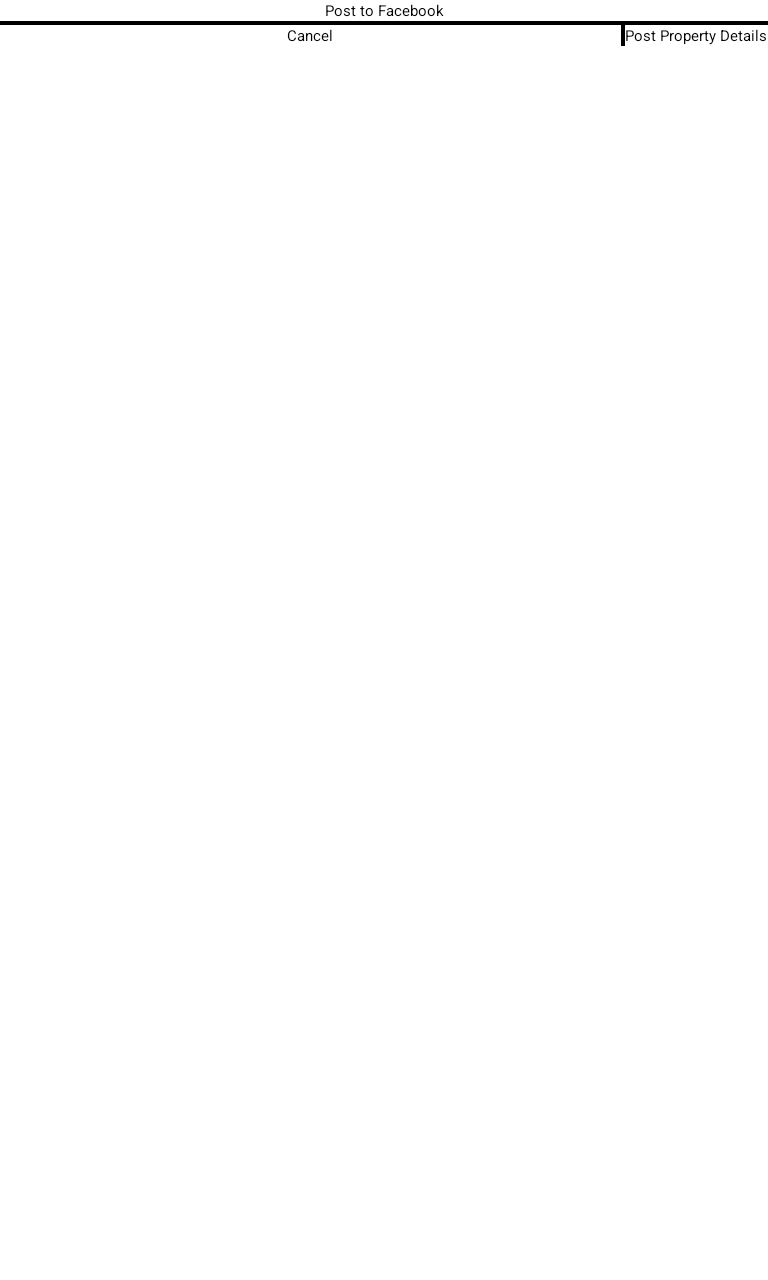
Repository: ChenxiZhang1006/WebTechnologyHomework
Layout: homework9/hw9/res/layout/activity_mainfragment.xml
These files come from the project's save history. The layout is drawn as it stood at one moment and after the next save; the edit follows.
It is drawn on a 768 x 1280 px phone screen (xhdpi) without system bars, with theme myDialog; the app's code is not run.

Above is the layout before, as saved 2014-12-04 04:21:14.

### homework9/hw9/res/layout/activity_mainfragment.xml
<?xml version="1.0" encoding="utf-8"?>
<LinearLayout xmlns:android="http://schemas.android.com/apk/res/android"
    android:layout_width="wrap_content"
    android:layout_height="wrap_content"
    android:orientation="vertical" >

    <TextView
        android:id="@+id/textView1"
        android:layout_width="match_parent"
        android:layout_height="wrap_content"
        android:gravity="center"
        android:text="Post to Facebook"
        android:textAppearance="?android:attr/textAppearanceLarge" />

    <TextView
        android:id="@+id/textView2"
        android:layout_width="match_parent"
        android:layout_height="2dp"
        android:background="#000000"
        android:text=""
        android:textAppearance="?android:attr/textAppearanceSmall" />

    <LinearLayout
        android:layout_width="match_parent"
        android:layout_height="wrap_content"
        android:gravity="center" >

        <Button
            android:id="@+id/btnCal"
            android:layout_width="wrap_content"
            android:layout_height="wrap_content"
            android:layout_weight="0.38"
            android:background="#ffffff"
            android:gravity="center"
            android:text="Cancel" />

        <TextView
        android:id="@+id/textView3"
        android:layout_width="2dp"
        android:layout_height="match_parent"
        android:background="#000000"
        android:text=""
        android:textAppearance="?android:attr/textAppearanceSmall" />

        <Button
            android:id="@+id/btnPost"
            android:layout_width="wrap_content"
            android:layout_height="wrap_content"
            android:background="#ffffff"
            android:gravity="center"
            android:onClick="shareDialog"
            android:text="Post Property Details" />
    </LinearLayout>



</LinearLayout>

After the next save:
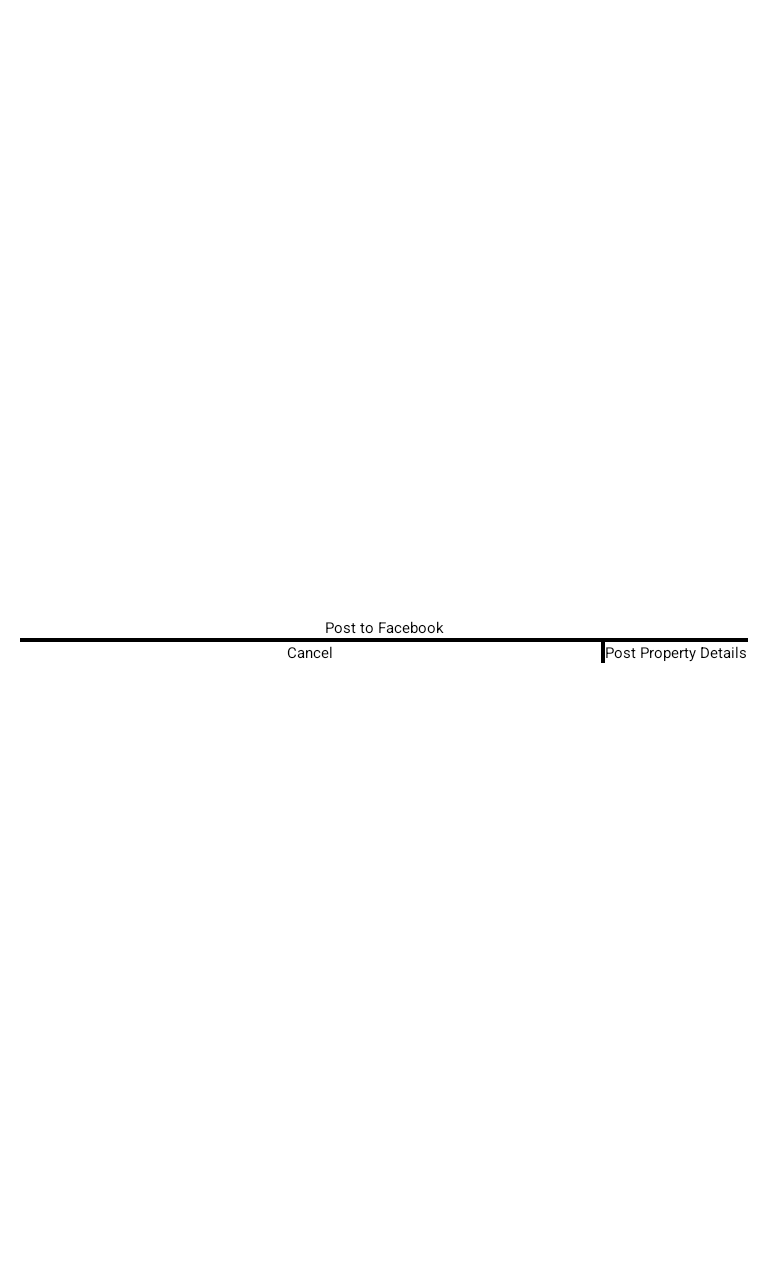
Saved 106 s later.
--- a/homework9/hw9/res/layout/activity_mainfragment.xml
+++ b/homework9/hw9/res/layout/activity_mainfragment.xml
@@ -1,7 +1,12 @@
 <?xml version="1.0" encoding="utf-8"?>
 <LinearLayout xmlns:android="http://schemas.android.com/apk/res/android"
-    android:layout_width="wrap_content"
-    android:layout_height="wrap_content"
+    android:layout_width="match_parent"
+    android:layout_height="match_parent"
+    android:gravity="center"
+    android:paddingLeft="10dp"
+    android:paddingRight="10dp"
+    android:paddingTop="10dp"
+    android:paddingBottom="10dp"
     android:orientation="vertical" >
 
     <TextView
